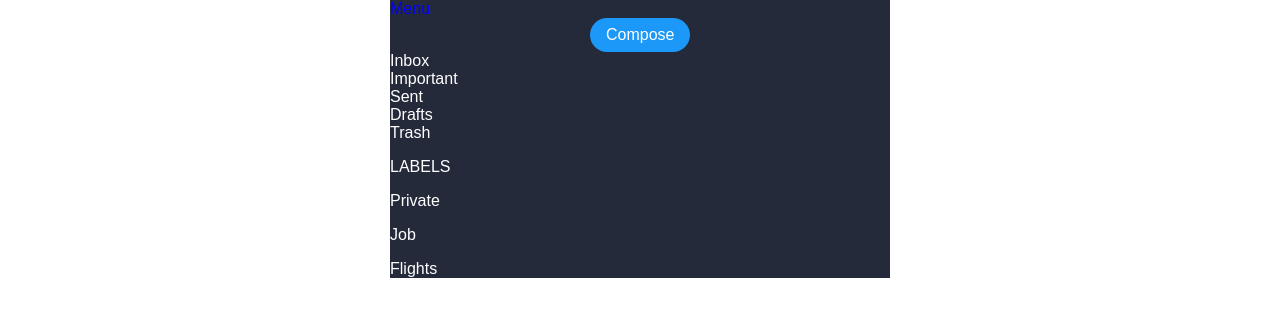
Repository: Gumiin/studia
Page: lesson4/index.html
An editor plug-in stored every save of this project. The page is shown before and after the next save, followed by the edit.
The browser window is 1280 px wide. The pictures show the whole page.

Above is the page before, as saved 2021-04-07 18:10:12.

After the next save:
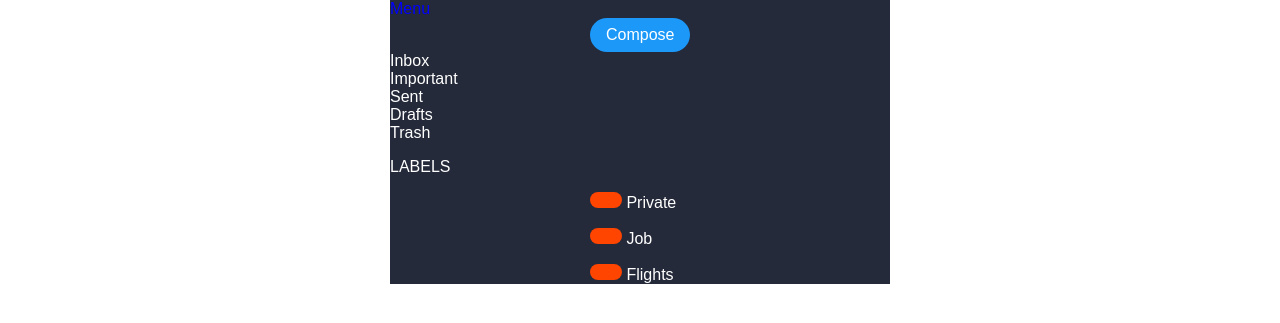
Saved 51 s later.
--- a/lesson4/style.css
+++ b/lesson4/style.css
@@ -28,5 +28,17 @@ body{
     padding: 8px 16px;
     margin-left: 40%;
     border-radius: 20px;
-    -
 }
+.label{
+    background-color: orangered;
+    border: none;
+    color: white;
+    padding: 20px;
+    text-align: center;
+    text-decoration: none;
+    display: inline-block;
+    font-size: 16px;
+    padding: 8px 16px;
+    margin-left: 40%;
+    border-radius: 20px;
+}
